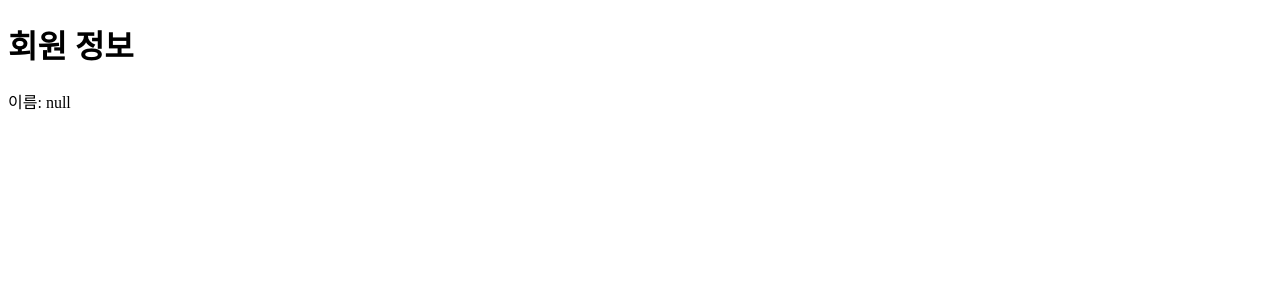
Repository: jsunnypi/JSP
Page: http://localhost/Test/inputlist.jsp
The author's editor kept a copy of each file at every save. The page is drawn from the files as they stood at one save, then again after the next save.
The browser window is 1280 px wide. The pictures show the whole page.
The page is served by Tomcat 9.

Above is the page before, as saved 2024-11-14 05:18:29.

### Test/src/main/webapp/inputlist.jsp
<%@ page language="java" contentType="text/html; charset=UTF-8"
    pageEncoding="UTF-8"%>
<!DOCTYPE html>
<html>
<head>
<meta charset="UTF-8">
<title>Insert title here</title>
</head>
<body>
	<h1>회원 정보</h1>
	<%
		request.setCharacterEncoding("UTF-8");

		String name = request.getParameter("name");
		out.print("이름: " + name);
	%>
</body>
</html>

After the next save:
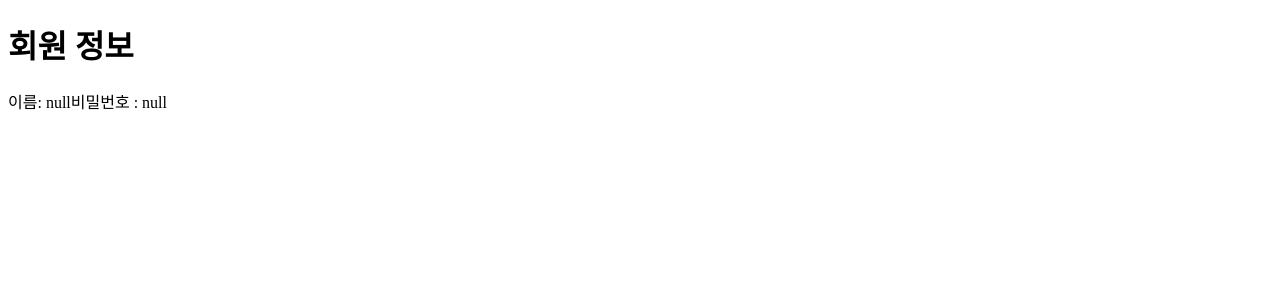
Saved 63 s later.
--- a/Test/src/main/webapp/inputlist.jsp
+++ b/Test/src/main/webapp/inputlist.jsp
@@ -13,6 +13,9 @@
 
 		String name = request.getParameter("name");
 		out.print("이름: " + name);
+
+		String pw = request.getParameter("password");
+		out.print("비밀번호 : " + pw);
 	%>
 </body>
 </html>
